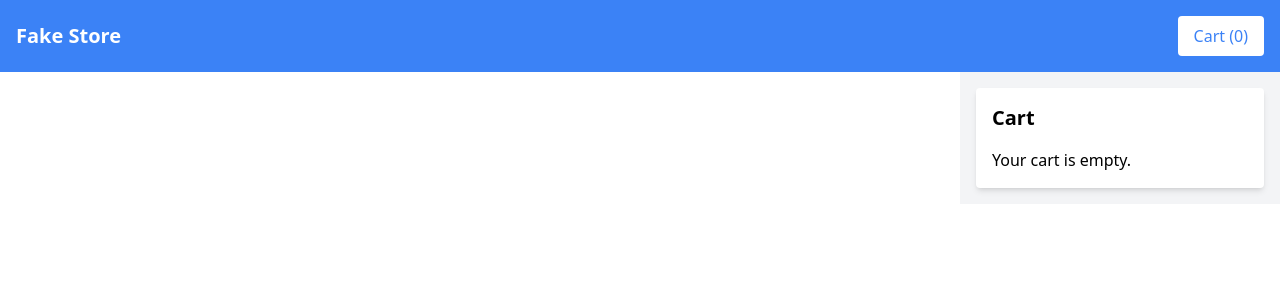
Repository: Meenakshi-commits/cart_app
Page: /, after clicking the first element matching `button.bg-white`
The author's editor kept a copy of each file at every save. The page is drawn from the files as they stood at one save, then again after the next save.
The browser window is 1280 px wide. The pictures show the whole page.
The page's requests for data from a server got no answer. The project was rebuilt for these pictures with package versions that can differ from the ones it lists, and the page was loaded fresh each time. No one was signed in, and anything a server would have sent is missing. Also part of the build but not shown: vite.config.js, src/components/ProductCard.jsx.

Above is the page before, as saved 2025-01-07 19:14:59.

After the next save:
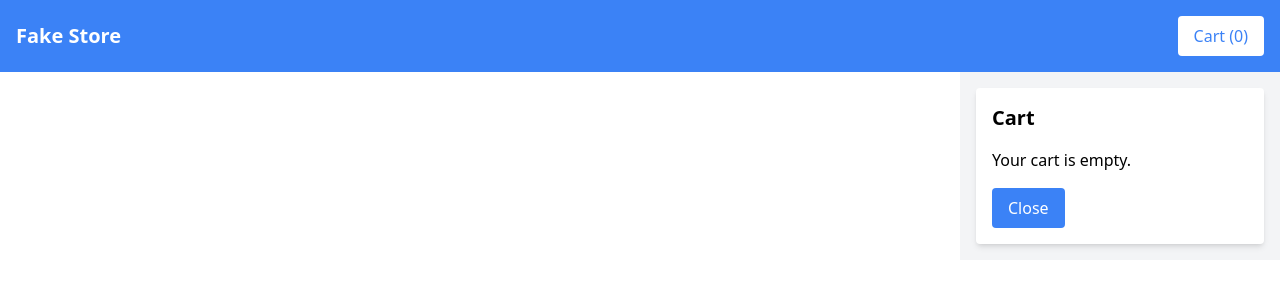
Saved 31 s later.
--- a/src/components/CartModal.jsx
+++ b/src/components/CartModal.jsx
@@ -1,8 +1,8 @@
 import React from 'react';
 
-const CartModal = ({ cart, removeFromCart }) => {
+const CartModal = ({ cart, removeFromCart, toggleCartModal }) => {
   return (
-    <div className="bg-white p-4 rounded shadow-md">
+    <div className="bg-white p-4 rounded shadow-md h-full">
       <h2 className="text-xl font-bold mb-4">Cart</h2>
       {cart.length === 0 ? (
         <p>Your cart is empty.</p>
@@ -24,6 +24,12 @@ const CartModal = ({ cart, removeFromCart }) => {
           ))}
         </ul>
       )}
+      <button
+        onClick={toggleCartModal}
+        className="mt-4 bg-blue-500 text-white px-4 py-2 rounded hover:bg-blue-600"
+      >
+        Close
+      </button>
     </div>
   );
 };
